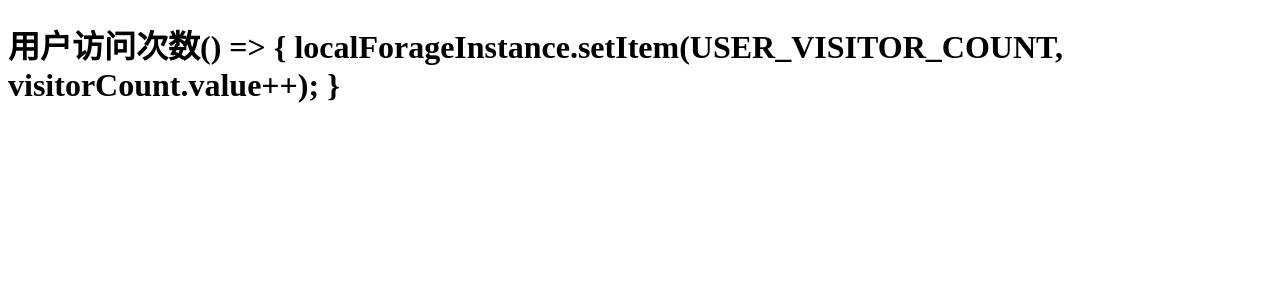
Repository: cbtpro/multi-localforage-demo
Page: /
The author's editor kept a copy of each file at every save. The page is drawn from the files as they stood at one save, then again after the next save.
The browser window is 1280 px wide. The pictures show the whole page.
The project was rebuilt for these pictures with package versions that can differ from the ones it lists, and the page was loaded fresh each time. Also part of the build but not shown: vite.config.js.

Above is the page before, as saved 2024-09-10 22:44:05.

After the next save:
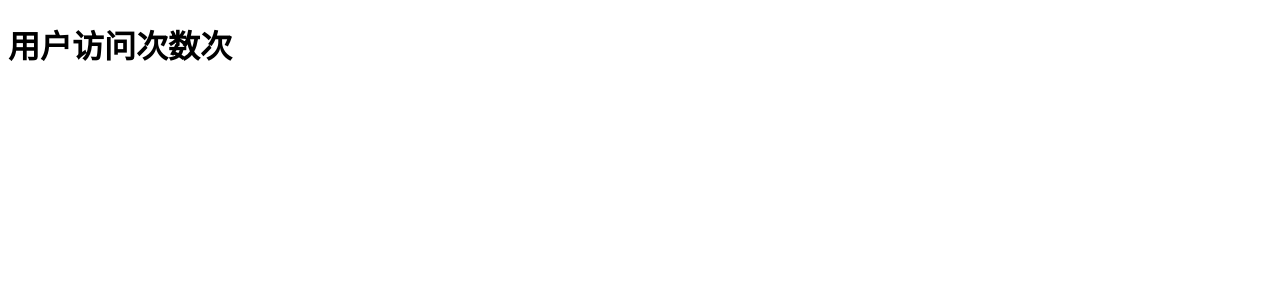
Saved 12 s later.
--- a/src/App.vue
+++ b/src/App.vue
@@ -29,5 +29,5 @@
 </script>
 
 <template>
-  <h1>用户访问次数{{ recordVisitorCount }}</h1>
+  <h1>用户访问次数{{ visitorCount }}次</h1>
 </template>
